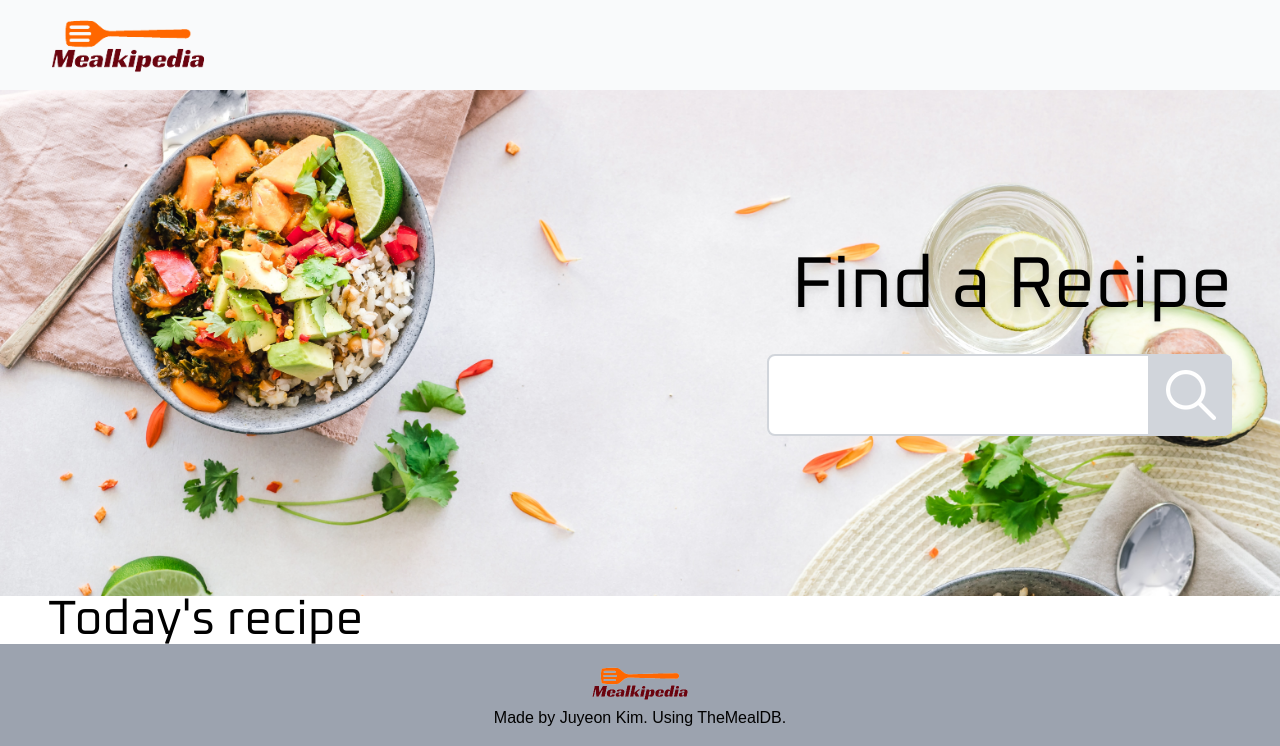
Repository: Jay-JYKim91/grj_mealkipedia
Page: /
The author's editor kept a copy of each file at every save. The page is drawn from the files as they stood at one save, then again after the next save.
The browser window is 1280 px wide. The pictures show the whole page.
Some web fonts or font styles are not loaded; a fallback is used. The project was rebuilt for these pictures with package versions that can differ from the ones it lists, and the page was loaded fresh each time. Also part of the build but not shown: src/component/recipe.tsx. Imported but missing from the stored project, and not drawn on this page: src/component/search.

Above is the page before, as saved 2022-06-21 16:09:09.

After the next save:
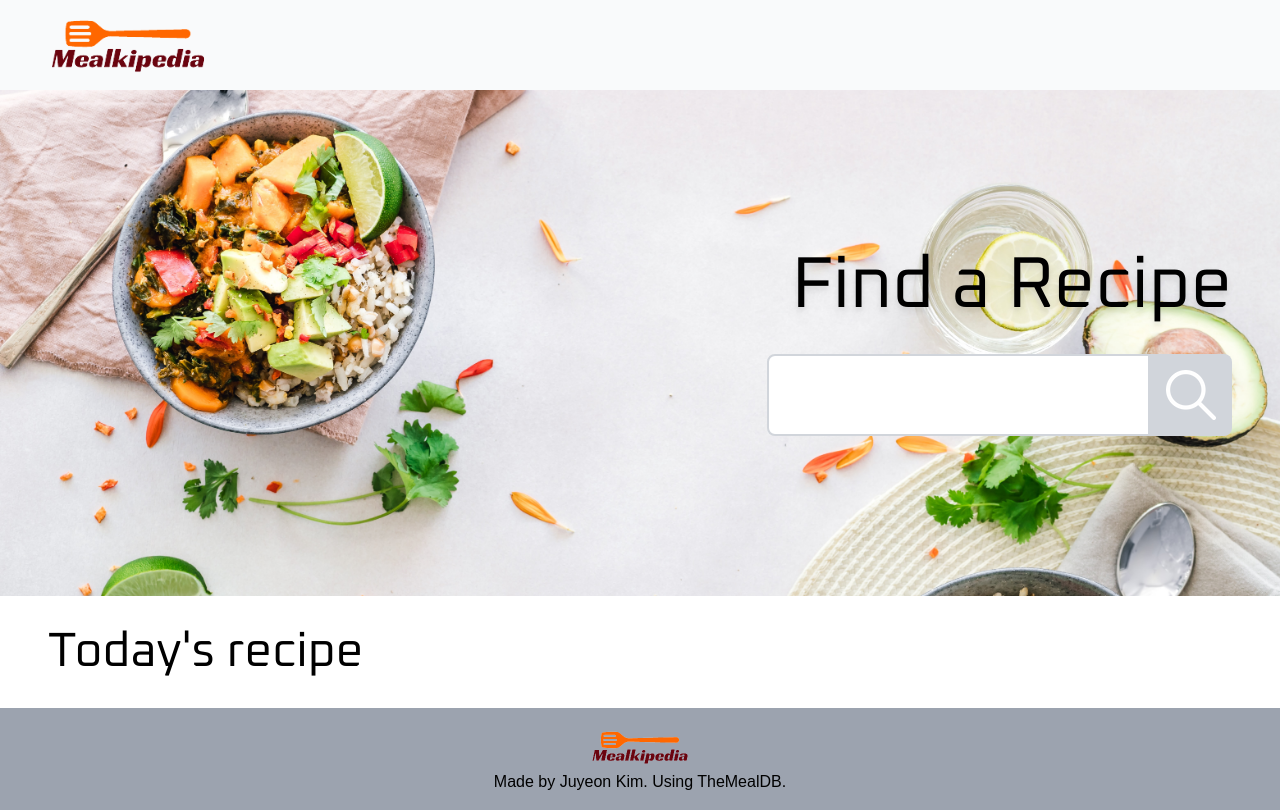
Saved 11 s later.
--- a/src/component/home.tsx
+++ b/src/component/home.tsx
@@ -18,7 +18,7 @@ const Home: React.FC = () => {
                     </button>
                 </div>
             </div>
-            <div className="px-12">
+            <div className="px-12 py-8">
                 <h1 className="font-body1_font text-5xl">Today's recipe</h1>
             </div>
         </>
